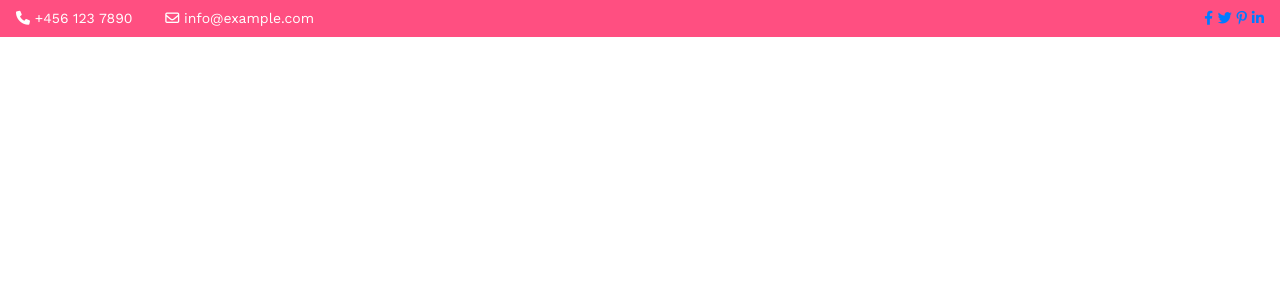
Repository: nguyenbinhminh/instruction_clone
Page: index.html
An editor plug-in stored every save of this project. The page is shown before and after the next save, followed by the edit.
The browser window is 1280 px wide. The pictures show the whole page.

Above is the page before, as saved 2021-09-29 22:17:19.

After the next save:
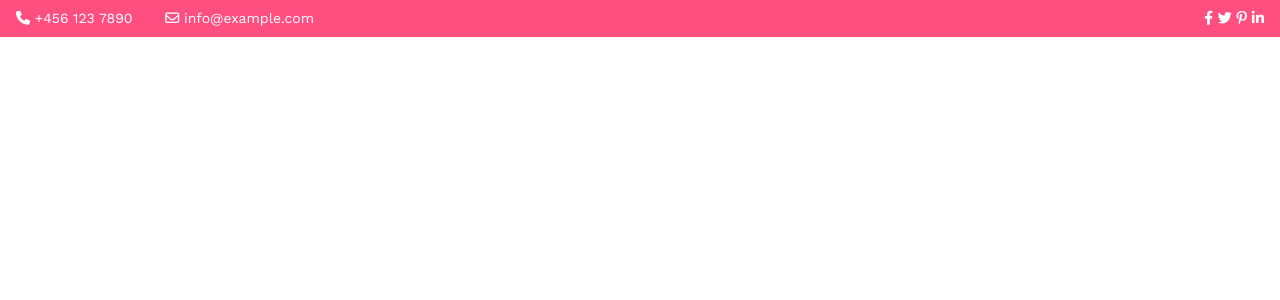
Saved 36 s later.
--- a/css/index.css
+++ b/css/index.css
@@ -16,6 +16,7 @@
 .header__left a {
 	margin-right: 2.8rem;
 }
-.header__right a{
+.header__right a {
 	display: inline-block;
+	color: white;
 }
